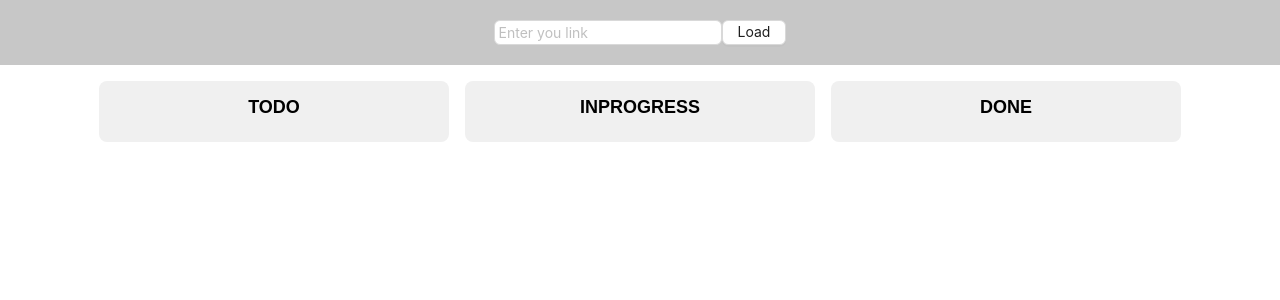
Repository: dVaselevsliy/kanban-test
Page: /
The author's editor kept a copy of each file at every save. The page is drawn from the files as they stood at one save, then again after a run of saves.
The browser window is 1280 px wide. The pictures show the whole page.
The project was rebuilt for these pictures with package versions that can differ from the ones it lists, and the page was loaded fresh each time. Also part of the build but not shown: vite.config.ts, src/helpers/timeAgo.js, src/components/Issue.tsx.

Above is the page before, as saved 2025-03-03 01:50:26.

After the next 3 saves:
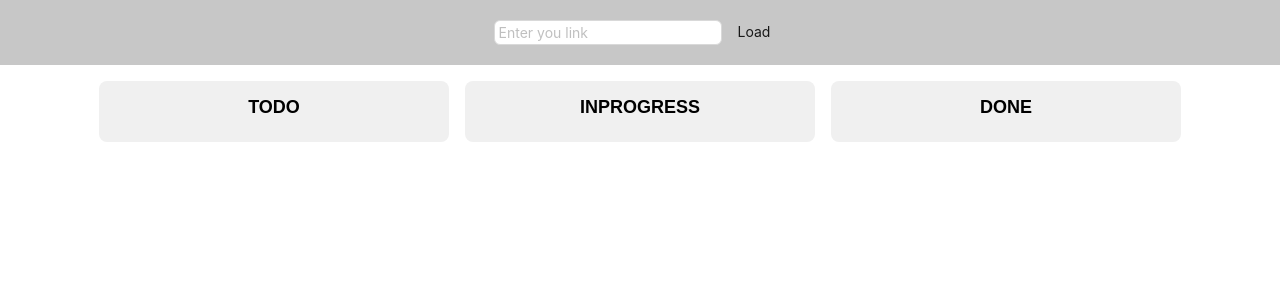
The 3 saves are shown as one change because they came seconds apart.
The last was saved 31 s later.
--- a/src/App.tsx
+++ b/src/App.tsx
@@ -67,6 +67,7 @@ function App() {
             type="text" />
 
           <Button
+            type="submit"
           className="button"
           >
             Load
